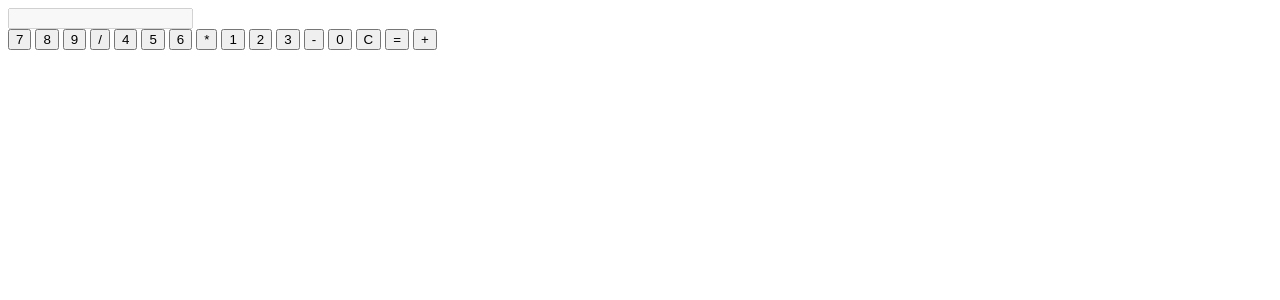
Repository: Burnmyheart/calculator
Page: index.html
These files come from the project's save history. The page is drawn as it stood at one moment and after the next save; the edit follows.
The browser window is 1280 px wide. The pictures show the whole page.

Above is the page before, as saved 2025-04-28 18:37:56.

### index.html
<!DOCTYPE html>
<html lang="en">
  <head>
    <meta charset="UTF-8" />
    <meta name="viewport" content="width=device-width, initial-scale=1.0" />
    <title>Document</title>
  </head>
  <body>
    <input type="text" id="display" disabled />

    <div class="buttons">
      <button onclick="appendNumber('7')">7</button>
      <button onclick="appendNumber('8')">8</button>
      <button onclick="appendNumber('9')">9</button>
      <button onclick="appendOperator('/')">/</button>

      <button onclick="appendNumber('4')">4</button>
      <button onclick="appendNumber('5')">5</button>
      <button onclick="appendNumber('6')">6</button>
      <button onclick="appendOperator('*')">*</button>

      <button onclick="appendNumber('1')">1</button>
      <button onclick="appendNumber('2')">2</button>
      <button onclick="appendNumber('3')">3</button>
      <button onclick="appendOperator('-')">-</button>

      <button onclick="appendNumber('0')">0</button>
      <button onclick="clearDisplay()">C</button>
      <button onclick="calculate()">=</button>
      <button onclick="appendOperator('+')">+</button>
    </div>
  </body>
</html>

After the next save:
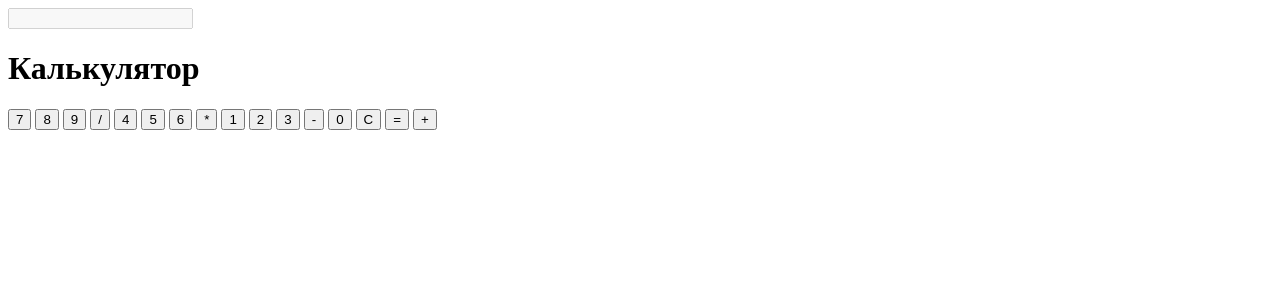
Saved 98 s later.
--- a/index.html
+++ b/index.html
@@ -7,7 +7,7 @@
   </head>
   <body>
     <input type="text" id="display" disabled />
-
+    <h1>Калькулятор</h1>
     <div class="buttons">
       <button onclick="appendNumber('7')">7</button>
       <button onclick="appendNumber('8')">8</button>
